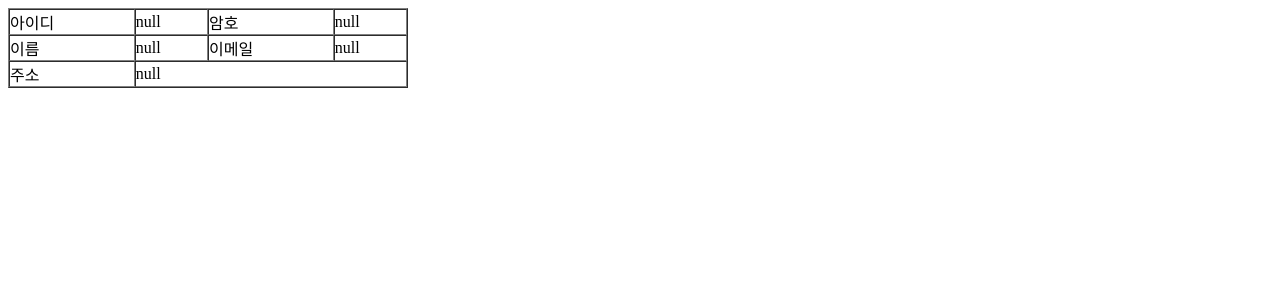
Repository: jjanggu1990/kh_java
Page: http://localhost/JSP_EX/day0323/chap11/processJoining.jsp
An editor plug-in stored every save of this project. The page is shown before and after the next save, followed by the edit.
The browser window is 1280 px wide. The pictures show the whole page.
The page is served by Tomcat 9.

Above is the page before, as saved 2016-03-23 08:18:05.

After the next save:
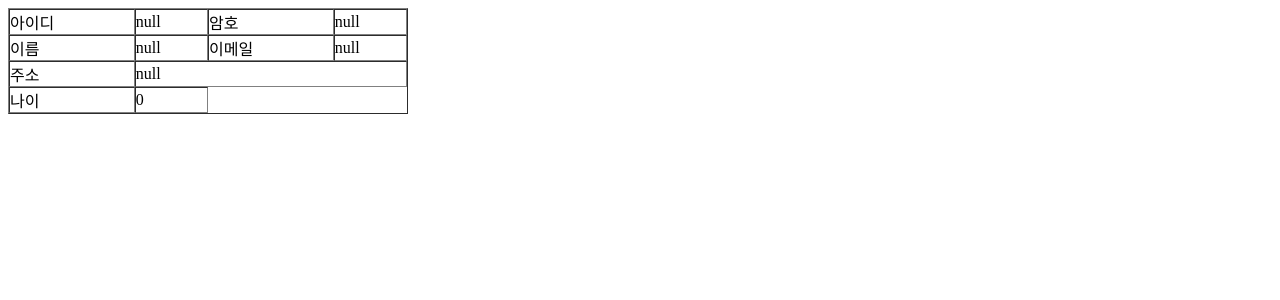
Saved 45 s later.
--- a/workspace/JSP_EX/WebContent/day0323/chap11/processJoining.jsp
+++ b/workspace/JSP_EX/WebContent/day0323/chap11/processJoining.jsp
@@ -29,6 +29,10 @@
 	<jsp:getProperty name="memberInfo" property="address" />
 	</td>
 </tr>
+<tr>
+	<td>나이</td>
+	<td><jsp:getProperty name="memberInfo" property="age" /></td>
+</tr>
 </table>
 
 </body>
